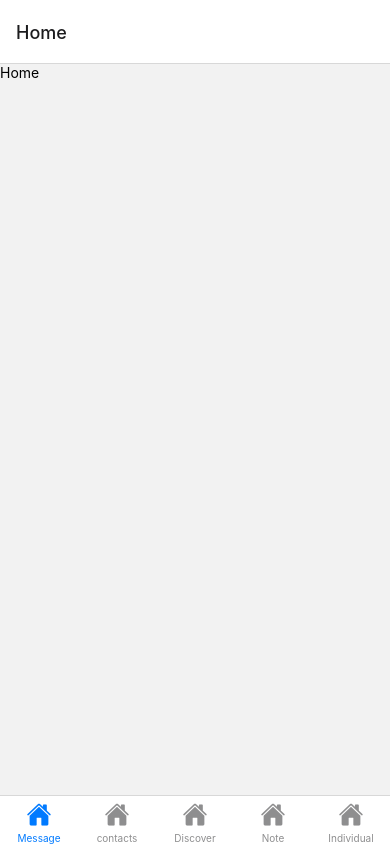
Repository: dinhtq-47/react-native
Screen: /
The author's editor kept a copy of each file at every save. The screen is drawn from the files as they stood at one save, then again after the next save.
The app was drawn by React Native's web renderer in a window 390 px wide. The project was rebuilt for these pictures with package versions that can differ from the ones it lists, and the page was loaded fresh each time. Also part of the build but not shown: screens/Contact.js, screens/Discover.js, screens/Note.js, screens/Individual.js.

Above is the screen before, as saved 2022-02-16 17:56:34.

After the next save:
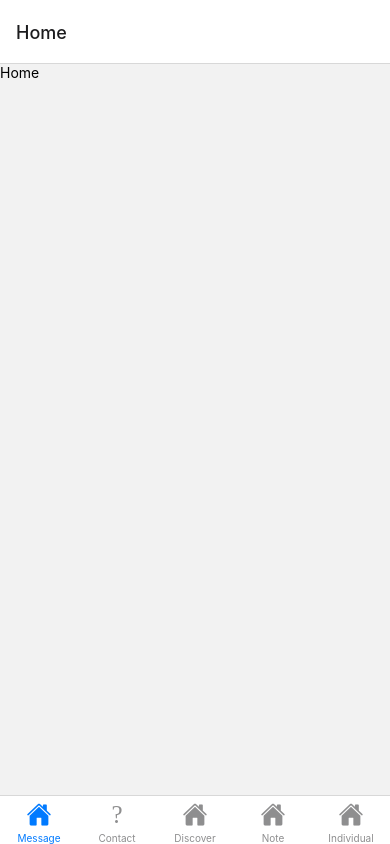
Saved 8 s later.
--- a/navigations/Home.js
+++ b/navigations/Home.js
@@ -24,9 +24,9 @@ const HomeTab = () => {
         name="Contact"
         component={Contact}
         options={{
-          tabBarLabel: "contacts",
+          tabBarLabel: "Contact",
           tabBarIcon: ({ color, size }) => (
-            <Ionicons name="home" color={color} size={size} />
+            <Ionicons name="contacts" color={color} size={size} />
           ),
         }}
       />
